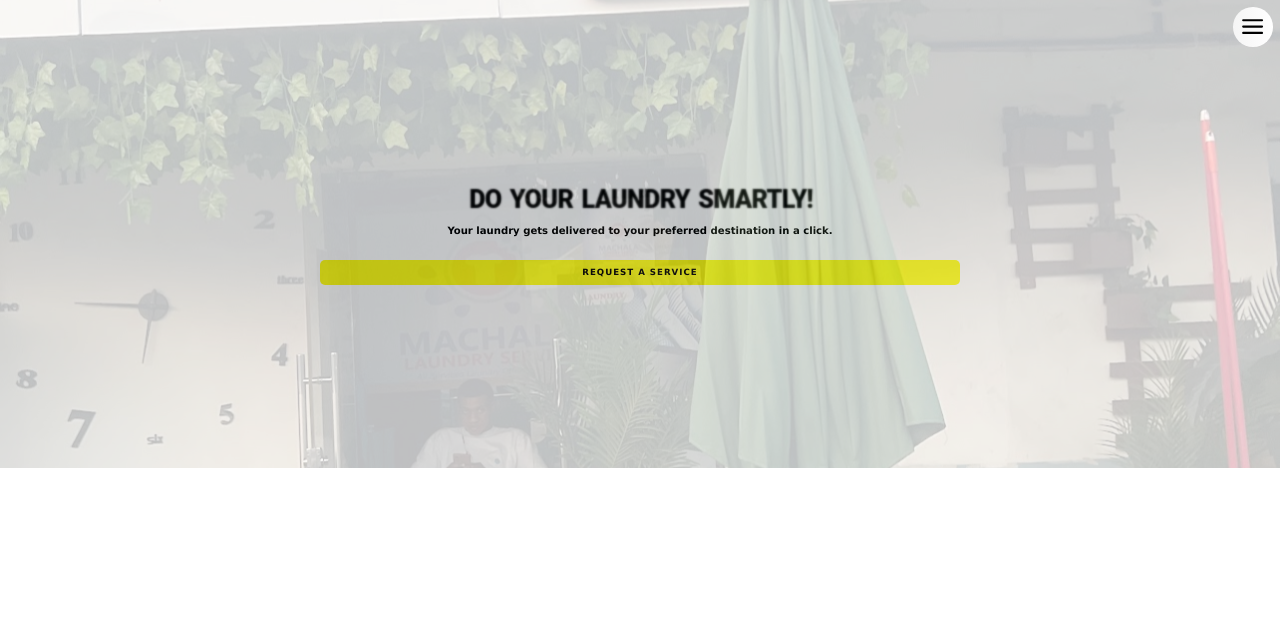
Repository: MikkyPrestige/machala-laundry
Page: /
These files come from the project's save history. The page is drawn as it stood at one moment and after the next save; the edit follows.
The browser window is 1280 px wide. The pictures show the whole page.
The project was rebuilt for these pictures with package versions that can differ from the ones it lists, and the page was loaded fresh each time. Also part of the build but not shown: src/components/avatar.jsx, src/components/about.jsx.

Above is the page before, as saved 2023-04-26 02:12:57.

After the next save:
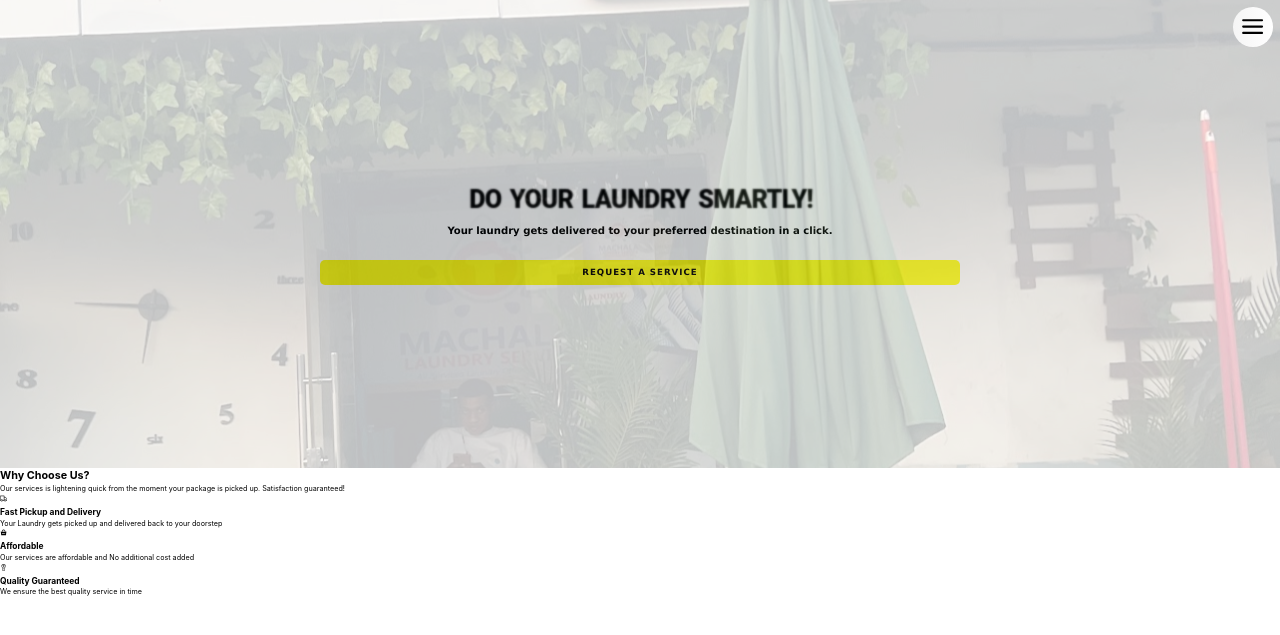
Saved 3 min 49 s later.
--- a/src/App.js
+++ b/src/App.js
@@ -1,12 +1,14 @@
 import React from "react";
 // import { Suspense } from "react";
 import AppRouter from "./routes";
+import WhyUs from "./components/whyUs";
 
 function App() {
   return (
     <div className="App">
       {/* <Suspense fallback={<div>Loading...</div>}> */}
       <AppRouter />
+      <WhyUs />
     </div>
   );
 }

After the save that followed:
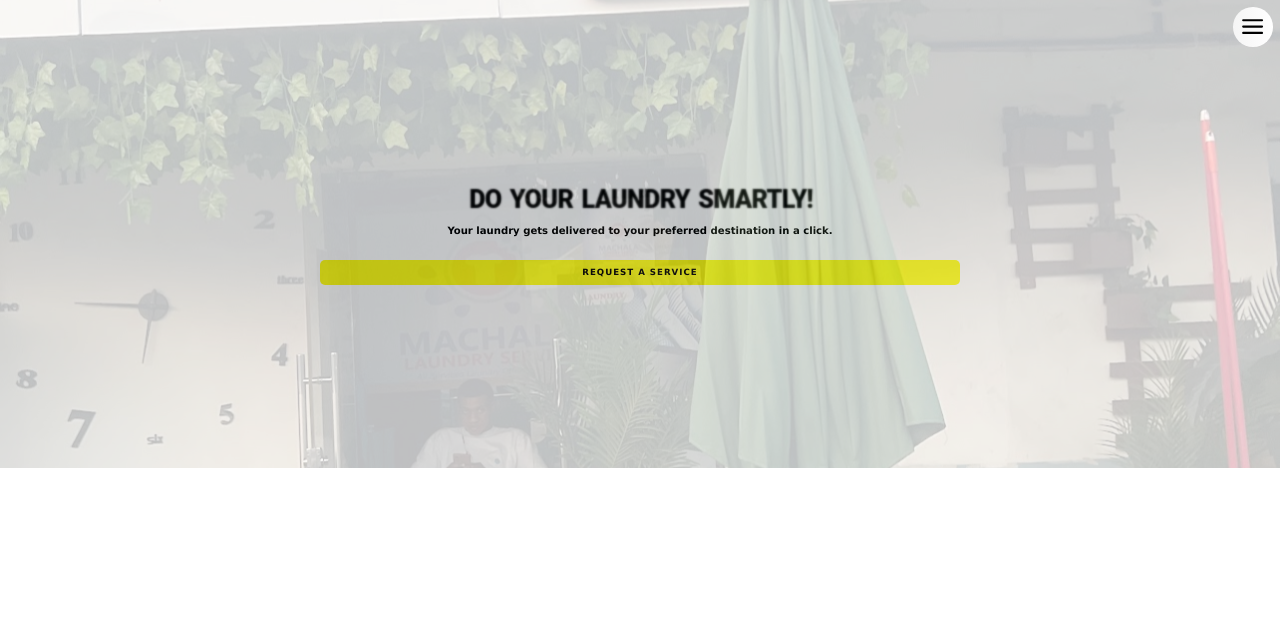
Saved 41 s later.
--- a/src/App.js
+++ b/src/App.js
@@ -1,14 +1,12 @@
 import React from "react";
 // import { Suspense } from "react";
 import AppRouter from "./routes";
-import WhyUs from "./components/whyUs";
 
 function App() {
   return (
     <div className="App">
       {/* <Suspense fallback={<div>Loading...</div>}> */}
       <AppRouter />
-      <WhyUs />
     </div>
   );
 }
